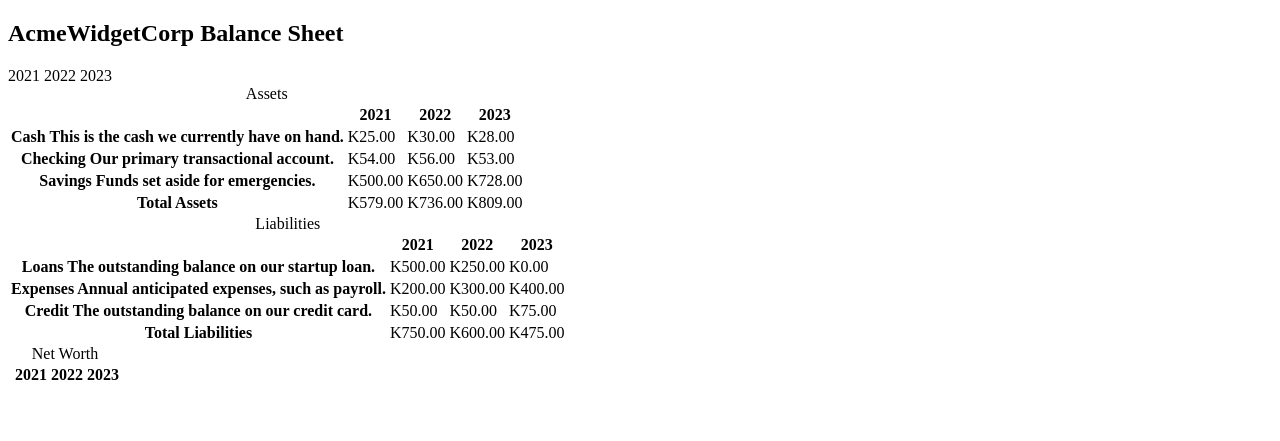
Repository: Lungdjos/balance_shee
Page: index.html
These files come from the project's save history. The page is drawn as it stood at one moment and after the next save; the edit follows.
The browser window is 1280 px wide. The pictures show the whole page.

Above is the page before, as saved 2023-10-31 17:07:03.

After the next save:
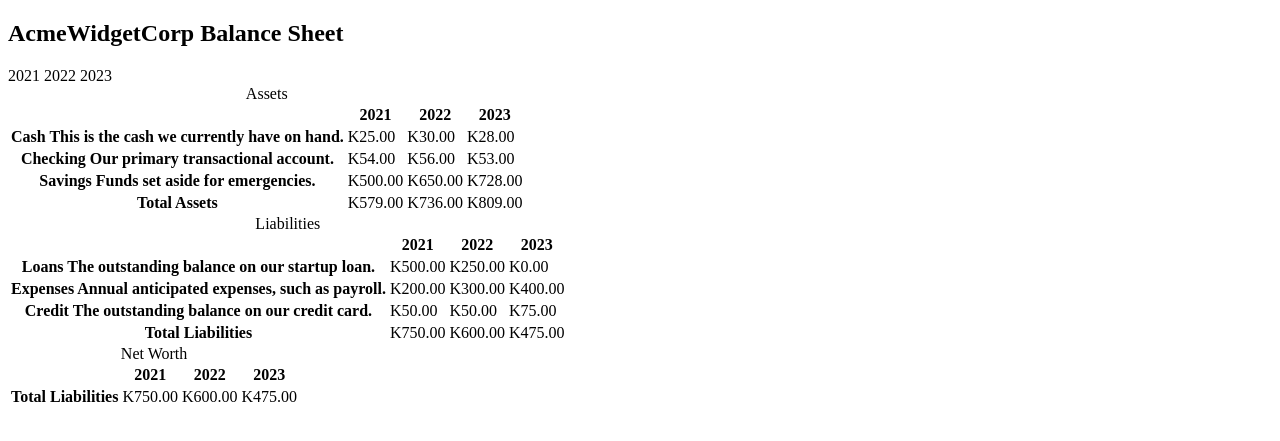
Saved 9 min 53 s later.
--- a/index.html
+++ b/index.html
@@ -123,7 +123,16 @@
                             <th><span class="sr-only">2023</span></th>
                         </tr>
                     </thead>
-                    <tbody></tbody>
+                    <tbody>
+                        <tr class="total">
+                            <th>
+                                Total <span class="sr-only">Liabilities</span>
+                            </th>
+                            <td>K750.00</td>
+                            <td>K600.00</td>
+                            <td class="current">K475.00</td>
+                        </tr>
+                    </tbody>
                 </table>
             </div>
         </section>
